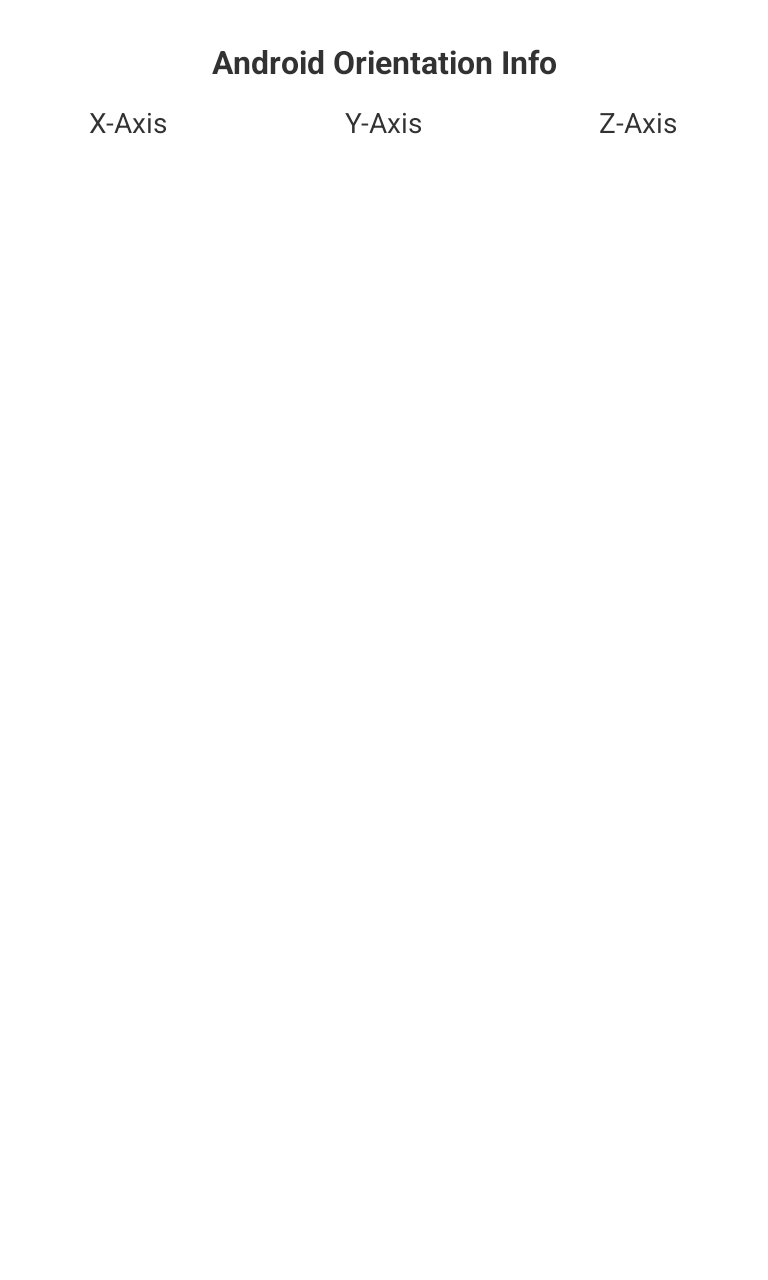
Repository: 3lim/DroidAhoy
Layout: AhoyApp/res/layout/main.xml
These files come from the project's save history. The layout is drawn as it stood at one moment and after the next save; the edit follows.
It is drawn on a 768 x 1280 px phone screen (xhdpi) without system bars, with theme AppTheme; the app's code is not run.

Above is the layout before, as saved 2013-11-12 14:50:28.

### AhoyApp/res/layout/main.xml
<?xml version="1.0" encoding="utf-8"?>

<LinearLayout xmlns:android="http://schemas.android.com/apk/res/android"

android:orientation="vertical"

android:layout_width="fill_parent"

android:layout_height="fill_parent">

<TextView
    android:layout_width="fill_parent"
    android:layout_height="wrap_content"
    android:gravity="center"
    android:paddingTop="20dip"
    android:text="Android Orientation Info"
    android:textSize="16sp"
    android:textStyle="bold" />

<TableLayout

android:paddingTop="10dip"

android:layout_width="fill_parent"

android:layout_height="wrap_content"

android:stretchColumns="*">

<TableRow>

<TextView

android:layout_width="wrap_content"

android:layout_height="wrap_content"

android:textSize="14sp"

android:text="X-Axis"

android:gravity="center"/>

<TextView

android:layout_width="wrap_content"

android:layout_height="wrap_content"

android:textSize="14sp"

android:text="Y-Axis"

android:gravity="center"/>

<TextView

android:layout_width="wrap_content"

android:layout_height="wrap_content"

android:textSize="14sp"

android:text="Z-Axis"

android:gravity="center"/>

</TableRow>

<TableRow>

<TextView

android:layout_width="wrap_content"

android:layout_height="wrap_content"

android:id="@+id/x_axis"

android:gravity="center"/>

<TextView

android:layout_width="wrap_content"

android:layout_height="wrap_content"

android:id="@+id/y_axis"

android:gravity="center"/>

<TextView

android:layout_width="wrap_content"

android:layout_height="wrap_content"

android:id="@+id/z_axis"

android:gravity="center"/>

</TableRow>

</TableLayout>

<ImageView

android:paddingTop="10dip"

android:layout_width="wrap_content"

android:layout_height="wrap_content"

android:id="@+id/image"

android:layout_gravity="center"

android:visibility="invisible"/>

</LinearLayout>

Loaded but not shown: AhoyApp/res/values/styles.xml (common file); AhoyApp/res/values-v11/styles.xml (common file); AhoyApp/res/values-v14/styles.xml (common file)

After the next save:
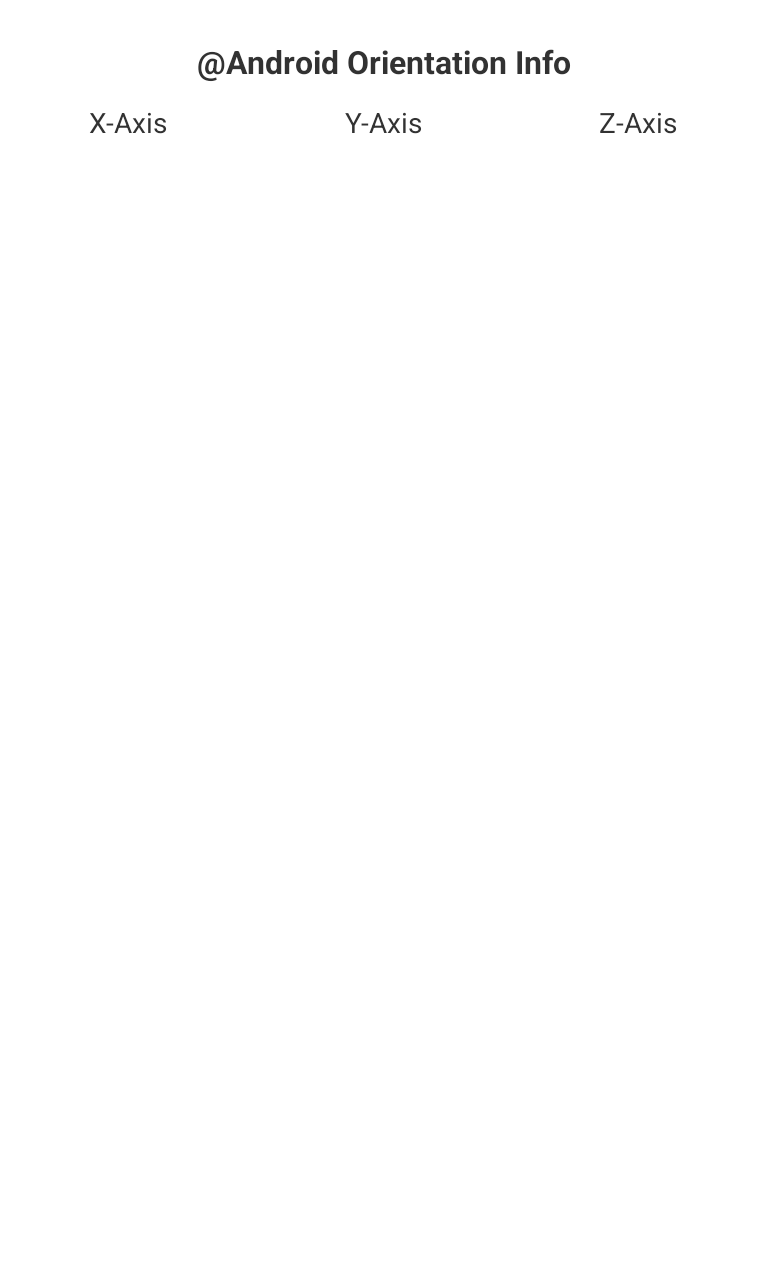
Saved 21 min 7 s later.
--- a/AhoyApp/res/layout/main.xml
+++ b/AhoyApp/res/layout/main.xml
@@ -13,7 +13,7 @@ android:layout_height="fill_parent">
     android:layout_height="wrap_content"
     android:gravity="center"
     android:paddingTop="20dip"
-    android:text="Android Orientation Info"
+    android:text="@Android Orientation Info"
     android:textSize="16sp"
     android:textStyle="bold" />
 
